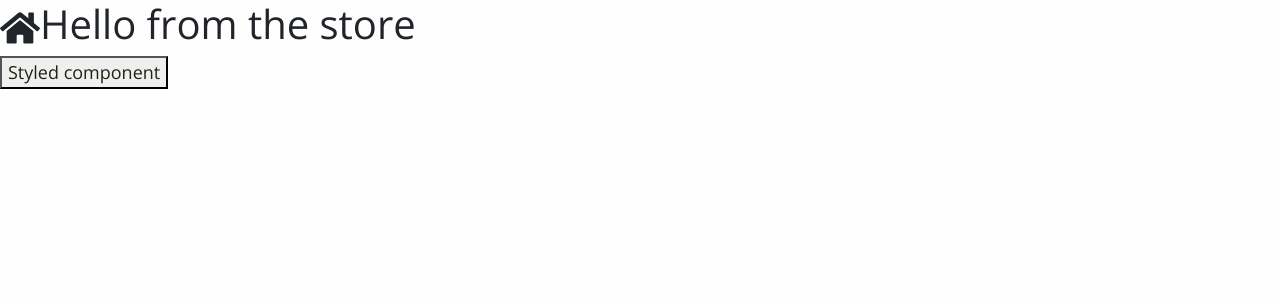
Repository: CaptainStorm21/react16-techstore
Page: /
The author's editor kept a copy of each file at every save. The page is drawn from the files as they stood at one save, then again after the next save.
The browser window is 1280 px wide. The pictures show the whole page.
Some web fonts or font styles are not loaded; a fallback is used. The project was rebuilt for these pictures with package versions that can differ from the ones it lists, and the page was loaded fresh each time.

Above is the page before, as saved 2020-05-07 01:04:20.

### public/index.html
<!DOCTYPE html>
<html lang="en">
  <head>
    <meta charset="utf-8" />
    <link rel="icon" href="%PUBLIC_URL%/favicon.ico" />
    <meta name="viewport" content="width=device-width, initial-scale=1" />
    <meta name="theme-color" content="#000000" />
    <meta
      name="description"
      content="Web site created using create-react-app"
    />
    <link rel="apple-touch-icon" href="%PUBLIC_URL%/logo192.png" />
    <!--
      manifest.json provides metadata used when your web app is installed on a
      user's mobile device or desktop. See https://developers.google.com/web/fundamentals/web-app-manifest/
    -->
    <link rel="manifest" href="%PUBLIC_URL%/manifest.json" />
    <!--
      Notice the use of %PUBLIC_URL% in the tags above.
      It will be replaced with the URL of the `public` folder during the build.
      Only files inside the `public` folder can be referenced from the HTML.

      Unlike "/favicon.ico" or "favicon.ico", "%PUBLIC_URL%/favicon.ico" will
      work correctly both with client-side routing and a non-root public URL.
      Learn how to configure a non-root public URL by running `npm run build`.
    -->
    <title>Tech Store</title>
  </head>
  <body>
    <noscript>You need to enable JavaScript to run this app.</noscript>
    <div id="root"></div>
    <!--
      This HTML file is a template.
      If you open it directly in the browser, you will see an empty page.

      You can add webfonts, meta tags, or analytics to this file.
      The build step will place the bundled scripts into the <body> tag.

      To begin the development, run `npm start` or `yarn start`.
      To create a production bundle, use `npm run build` or `yarn build`.
    -->
  </body>
</html>

### src/App.js
import React from 'react';
import './App.css';
import  'bootstrap/dist/css/bootstrap.min.css';
import styled from 'styled-components';


import {FaHome} from 'react-icons/fa';

function App() {
  return (
    <div >
     <h1><FaHome/>Hello from the store</h1>
     <Button> Styled component </Button>
    </div>
  );
}

const Button = styled.button`
color: #212312;
background: orangeyellow;
font-size: 18px;

`;

export default App;

### src/App.css
@import url("https://fonts.googleapis.com/css?family=Monda:400,700|Open+Sans:400,700|Raleway:400,700&display=swap");

/* font-family: 'Raleway', sans-serif;
font-family: 'Open Sans', sans-serif;
font-family: 'Monda', sans-serif;
*/

/* sass */
:root {
  --primaryColor: #0a74bb;
  --primaryRGBA: rgba(0, 0, 0, 0.3);
  --mainGrey: #fffefede !important;
  --darkGrey: #1a1110;
  --mainWhite: #fff;
  --mainBlack: #222;
  --mainTransition: all 0.3s ease-in-out;
  --mainSpacing: 0.3rem;
}

.text-title {
  font-family: "Monda", sans-serif;
  font-weight: bold;
  letter-spacing: var(--mainSpacing);
  text-transform: capitalize;
}

.text-main {
  color: var(--primaryColor);
}

body {
  font-family: "Open Sans", sans-serif !important;
  background-color: var(--mainGrey) !important;
  color: var(--mainBlack);
}

Loaded but not shown: src/index.js (common file); src/index.css (common file); src/serviceWorker.js (common file)

After the next save:
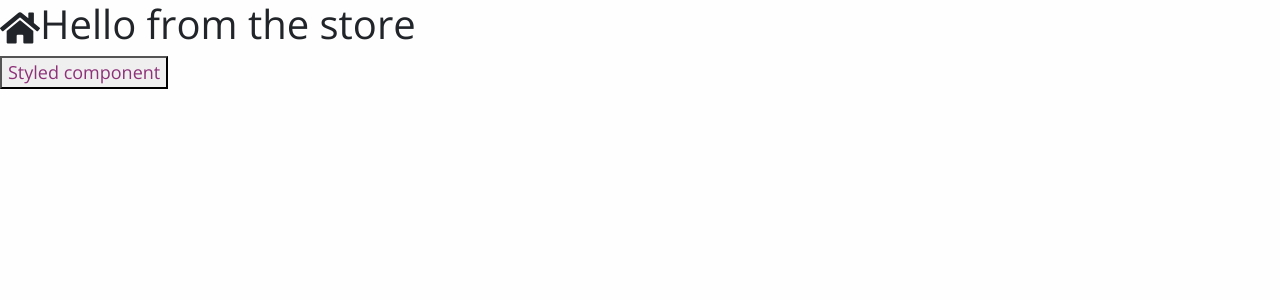
Saved 7 s later.
--- a/src/App.js
+++ b/src/App.js
@@ -16,7 +16,7 @@ function App() {
 }
 
 const Button = styled.button`
-color: #212312;
+color: #8E3179;
 background: orangeyellow;
 font-size: 18px;
 
